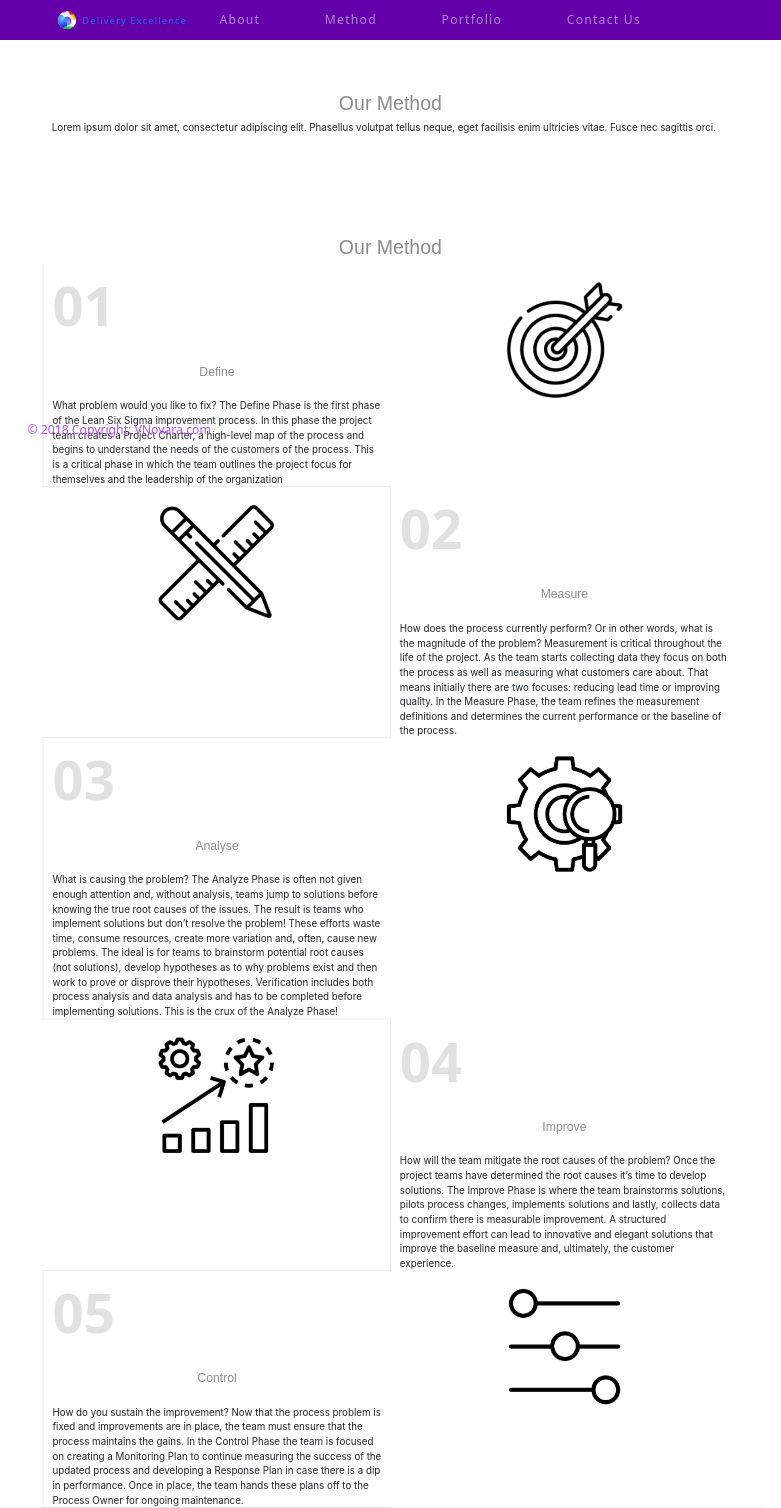
Repository: valenovi76/DeliveryExcellence
Page: method.html
The author's editor kept a record of every edit. The page is drawn from the files as they stood at one moment, then again after the next edit.
The browser window is 1280 px wide. The pictures show the whole page, at 61% of full size.
Some web libraries are served in a nearby version.

Above is the page before.
Console error (its wording comes from the project's code and is left out).

After the next edit:
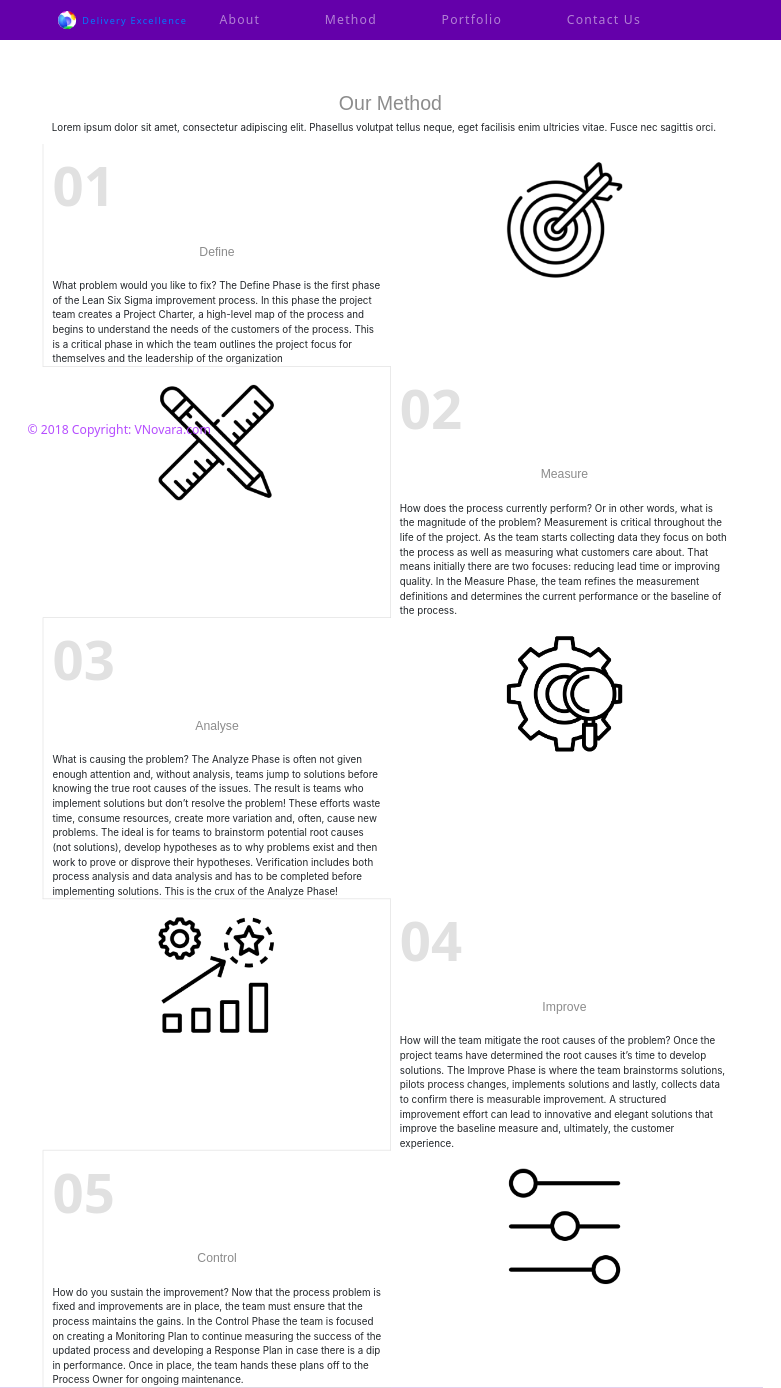
The edit:
--- a/method.html
+++ b/method.html
@@ -55,11 +55,7 @@
 
 
 
-            <section class="">
-                <h2>Our Method</h2>
-
-            </section>
-                 <div class="row define">
+        <div class="row define">
                     <div class="col-sm define-text">
                         <span class="method-item-number">01</span>
                         <h4>Define </h4><br>
